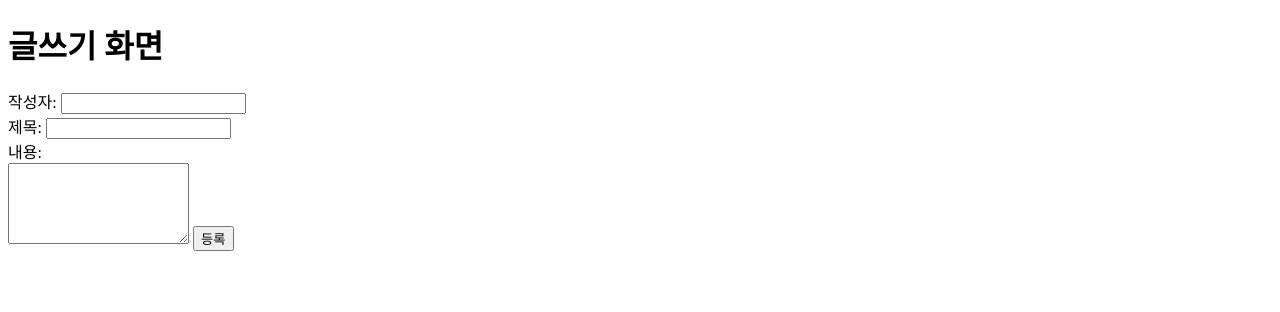
Repository: rmh6363/javastudy
Page: http://localhost/MyBoard/insert.jsp
The author's editor kept a copy of each file at every save. The page is drawn from the files as they stood at one save, then again after the next save.
The browser window is 1280 px wide. The pictures show the whole page.
The page is served by Tomcat 9.

Above is the page before, as saved 2021-01-04 05:37:31.

After the next save:
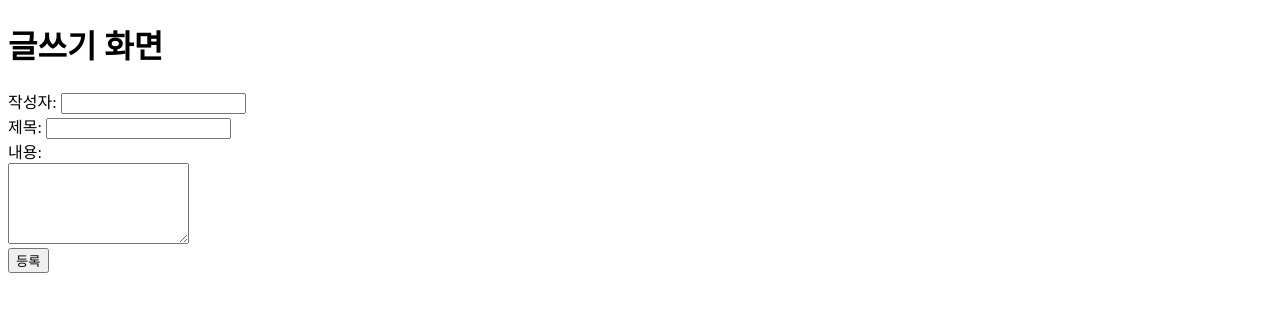
Saved 9 s later.
--- a/MyBoard/WebContent/insert.jsp
+++ b/MyBoard/WebContent/insert.jsp
@@ -16,7 +16,7 @@
 	작성자: <input name="author"><br>
 	제목: <input name="title"><br>
 	내용:<br>
-	<textarea rows="5" name="content"></textarea>
+	<textarea rows="5" name="content"></textarea><br>
 	<input type="submit" value="등록">
 
 	</form>
